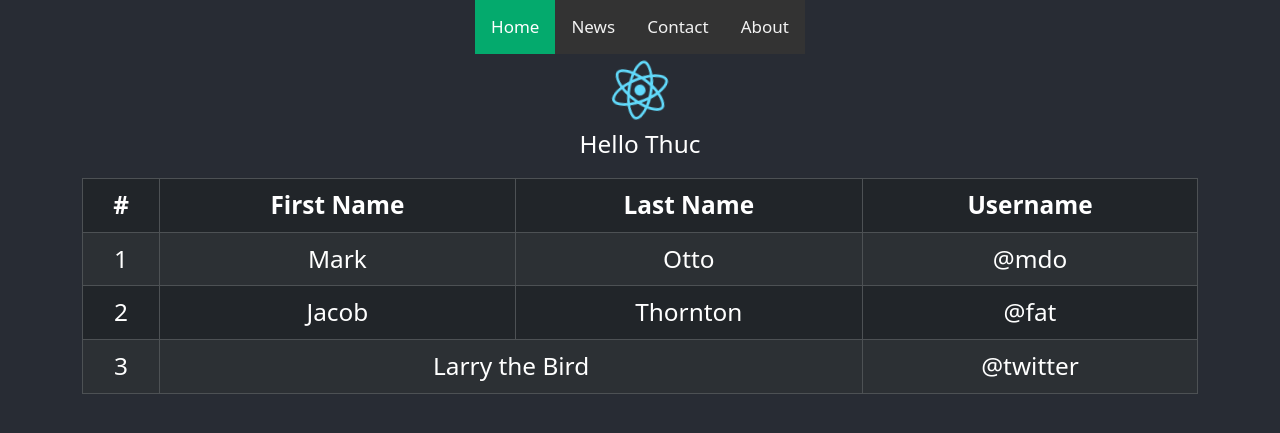
Repository: ThucSkin/React-hook-basic
Page: /
The author's editor kept a copy of each file at every save. The page is drawn from the files as they stood at one save, then again after the next save.
The browser window is 1280 px wide. The pictures show the whole page.
The page's requests for data from a server got no answer. The project was rebuilt for these pictures with package versions that can differ from the ones it lists, and the page was loaded fresh each time. No one was signed in, and anything a server would have sent is missing. Also part of the build but not shown: src/views/Todo.js.

Above is the page before, as saved 2023-06-11 03:31:05.

### src/App.js
import logo from './logo.svg';
import './App.css';
import Nav from './views/Nav';
import { useState, useEffect } from 'react';
import Todo from './views/Todo';
import TableApi from './views/TableApi/TableApi';
import { Container } from 'react-bootstrap';


const App = () => {
  //state hook
  let [name, setName] = useState('Thuc');
  const [age, setAge] = useState('');
  const [todos, setTodos] = useState([
    { id: '1', name: 'Lan' },
    { id: '2', name: 'CC' },
    { id: '2', name: 'game' }
  ])
  // didmount
  useEffect(() => {

  }, [age])

  const handleClickMe = () => {
    if (!age) {
      alert('Please enter a valid age');
      return
    }
    let newTodo = { id: Math.floor(Math.random() * 100) + 1, name: age };
    setTodos([...todos, newTodo])
    setAge('');
  }
  const handleAge = (e) => {
    setAge(e.target.value);
  }
  const deleteDataTodo = (id) => {
    let curentTodo = todos;
    curentTodo = curentTodo.filter(item => item.id !== id);
    setTodos(curentTodo);
  }
  //re-render
  return (
    <div className="App">
      <header className="App-header">
        <Nav />
        <img src={logo} className="App-logo" alt="logo" />
        <p>
          Hello {name}
        </p>
        <Container>
          <TableApi />
        </Container>
        {/* <Todo
          //props:value
          todos={todos}
          deleteDataTodo={deleteDataTodo}
        />
        <input type='text' value={age} onChange={(e) => handleAge(e)} />
        <button onClick={() => handleClickMe()} type='button'>Click me!</button> */}

      </header>
    </div>
  );
}

export default App;

### src/App.css
.App {
  text-align: center;
}

.App-logo {
  height: 10vmin;
  pointer-events: none;
}

@media (prefers-reduced-motion: no-preference) {
  .App-logo {
    animation: App-logo-spin infinite 20s linear;
  }
}

.App-header {
  background-color: #282c34;
  min-height: 100vh;
  display: flex;
  flex-direction: column;
  align-items: center;
  /* justify-content: center; */
  font-size: calc(10px + 2vmin);
  color: white;
}

.App-link {
  color: #61dafb;
}

@keyframes App-logo-spin {
  from {
    transform: rotate(0deg);
  }
  to {
    transform: rotate(360deg);
  }
}

### src/views/Nav.js
import './Nav.scss'

const Nav = () => {
    return (
        <div className="topnav">
            <a className="active" href="#home">Home</a>
            <a href="#news">News</a>
            <a href="#contact">Contact</a>
            <a href="#about">About</a>
        </div>
    )
}

export default Nav;

### src/views/TableApi/TableApi.js
import Table from 'react-bootstrap/Table';
import 'bootstrap/dist/css/bootstrap.min.css';
import { useEffect, useState } from 'react';
import axios from 'axios';

function TableApi() {
    const [dataUsers, setDataUsers] = useState([])
    //didmount
    useEffect(() => {
        // khai báo hàm lấy data
        const fetchData = async () => {
            let res = await axios('https://reqres.in/api/users?page=1');
            let data = res.data && res ? res.data : [];
            setDataUsers(data);
        }
        // gọi hàm
        fetchData().catch(console.error);
    }, [])

    return (
        <Table striped bordered hover variant="dark">
            <thead>
                <tr>
                    <th>#</th>
                    <th>First Name</th>
                    <th>Last Name</th>
                    <th>Username</th>
                </tr>
            </thead>
            <tbody>
                <tr>
                    <td>1</td>
                    <td>Mark</td>
                    <td>Otto</td>
                    <td>@mdo</td>
                </tr>
                <tr>
                    <td>2</td>
                    <td>Jacob</td>
                    <td>Thornton</td>
                    <td>@fat</td>
                </tr>
                <tr>
                    <td>3</td>
                    <td colSpan={2}>Larry the Bird</td>
                    <td>@twitter</td>
                </tr>
            </tbody>
        </Table>
    );
}

export default TableApi;

### src/views/Nav.scss
body {
    margin: 0;
    font-family: Arial, Helvetica, sans-serif;

    .topnav {
        overflow: hidden;
        background-color: #333;

        a {
            float: left;
            color: #f2f2f2;
            text-align: center;
            padding: 14px 16px;
            text-decoration: none;
            font-size: 17px;
        }

        a:hover {
            background-color: #ddd;
            color: black;
        }

        a.active {
            background-color: #04AA6D;
            color: white;
        }
    }
}

Loaded but not shown: public/index.html (common file); src/index.js (common file); src/index.css (common file); src/reportWebVitals.js (common file)

After the next save:
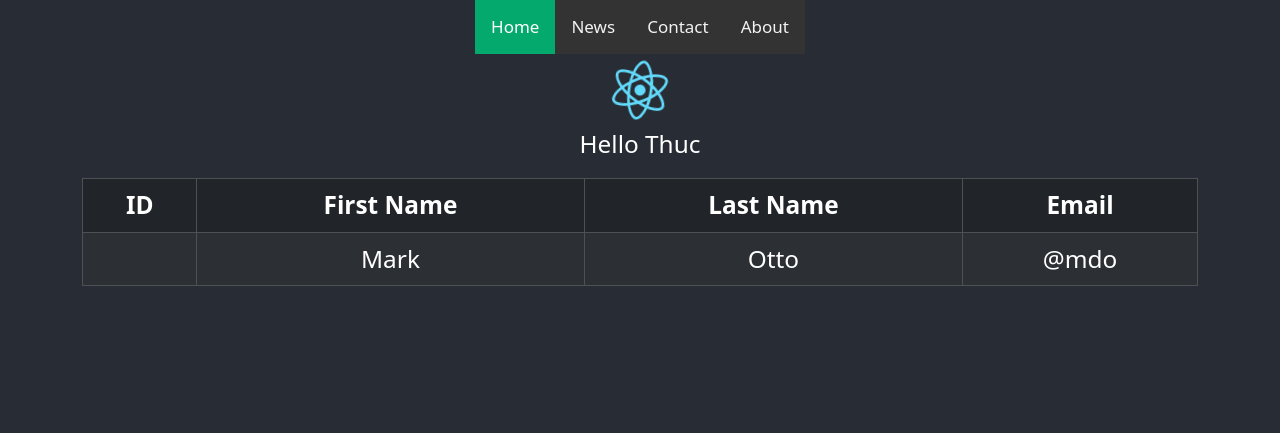
Saved 2 min 30 s later.
--- a/src/views/TableApi/TableApi.js
+++ b/src/views/TableApi/TableApi.js
@@ -19,32 +19,23 @@
 
     return (
         <Table striped bordered hover variant="dark">
+            {console.log('>>>check da user', dataUsers)}
             <thead>
                 <tr>
-                    <th>#</th>
+                    <th>ID</th>
                     <th>First Name</th>
                     <th>Last Name</th>
-                    <th>Username</th>
+                    <th>Email</th>
                 </tr>
             </thead>
             <tbody>
                 <tr>
-                    <td>1</td>
+                    <td></td>
                     <td>Mark</td>
                     <td>Otto</td>
                     <td>@mdo</td>
                 </tr>
-                <tr>
-                    <td>2</td>
-                    <td>Jacob</td>
-                    <td>Thornton</td>
-                    <td>@fat</td>
-                </tr>
-                <tr>
-                    <td>3</td>
-                    <td colSpan={2}>Larry the Bird</td>
-                    <td>@twitter</td>
-                </tr>
+
             </tbody>
         </Table>
     );
